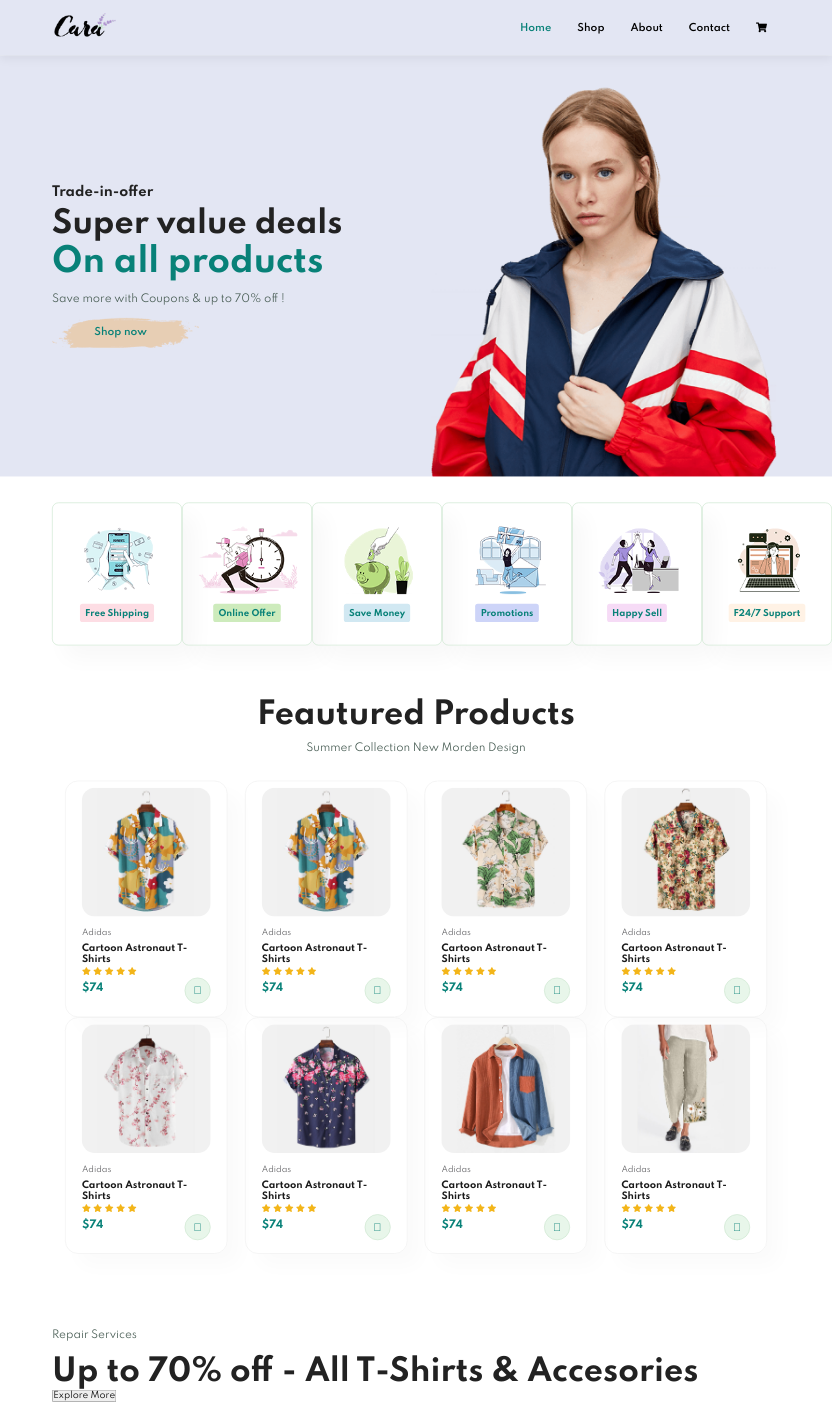
Repository: Daryllgio/E-Commerce-Website-UI
Page: index.html
These files come from the project's save history. The page is drawn as it stood at one moment and after the next save; the edit follows.
The browser window is 1280 px wide. The pictures show the whole page, at 65% of full size.
Some web libraries are served in a nearby version.

Above is the page before, as saved 2024-12-31 14:08:14.

After the next save:
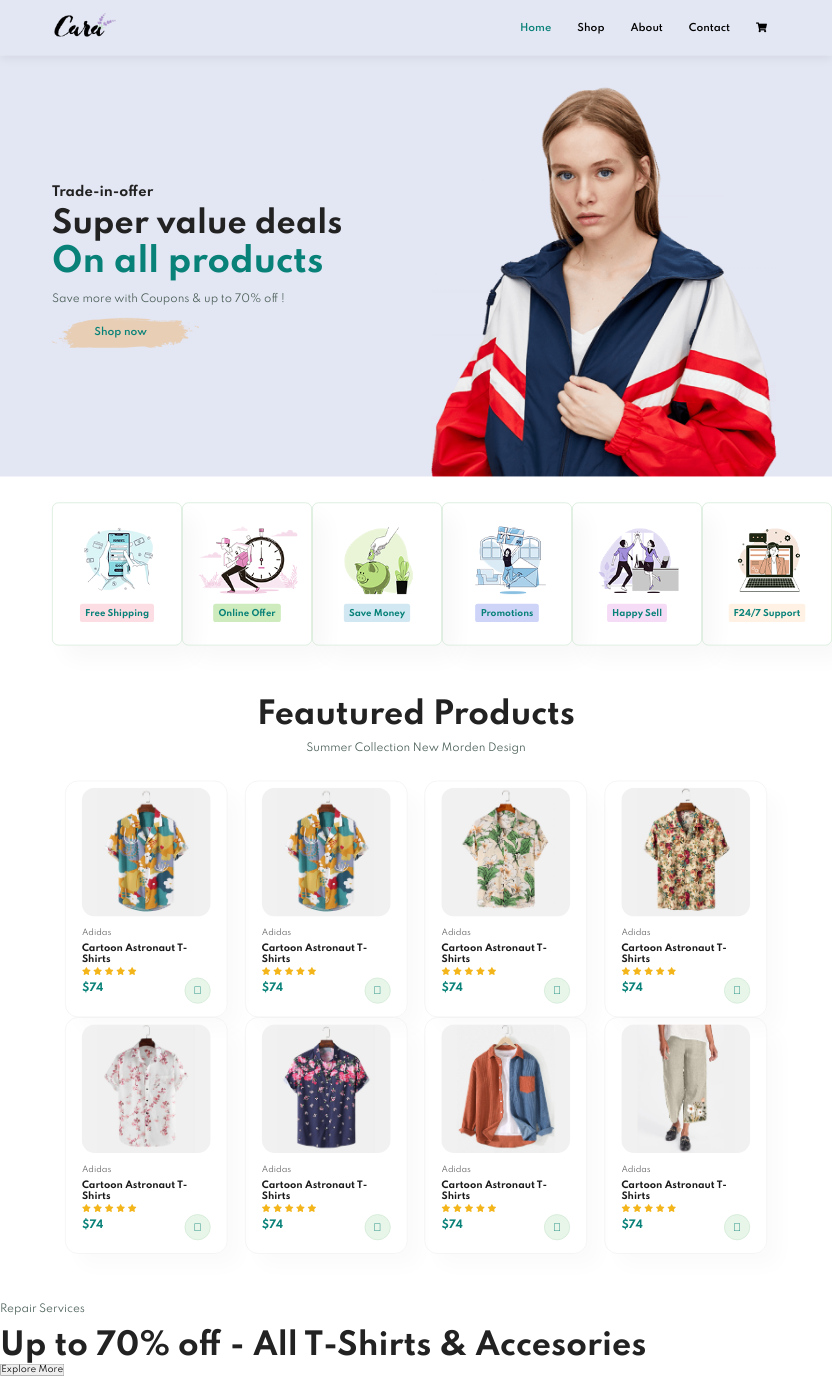
Saved 29 s later.
--- a/index.html
+++ b/index.html
@@ -255,7 +255,7 @@
         </div>
     </section>
 
-    <section id="banner" class="section-p1">
+    <section id="banner">
         <p>Repair Services</p>
         <h2>Up to <span>70% off</span> - All T-Shirts & Accesories</h2>
         <button>Explore More</button>
